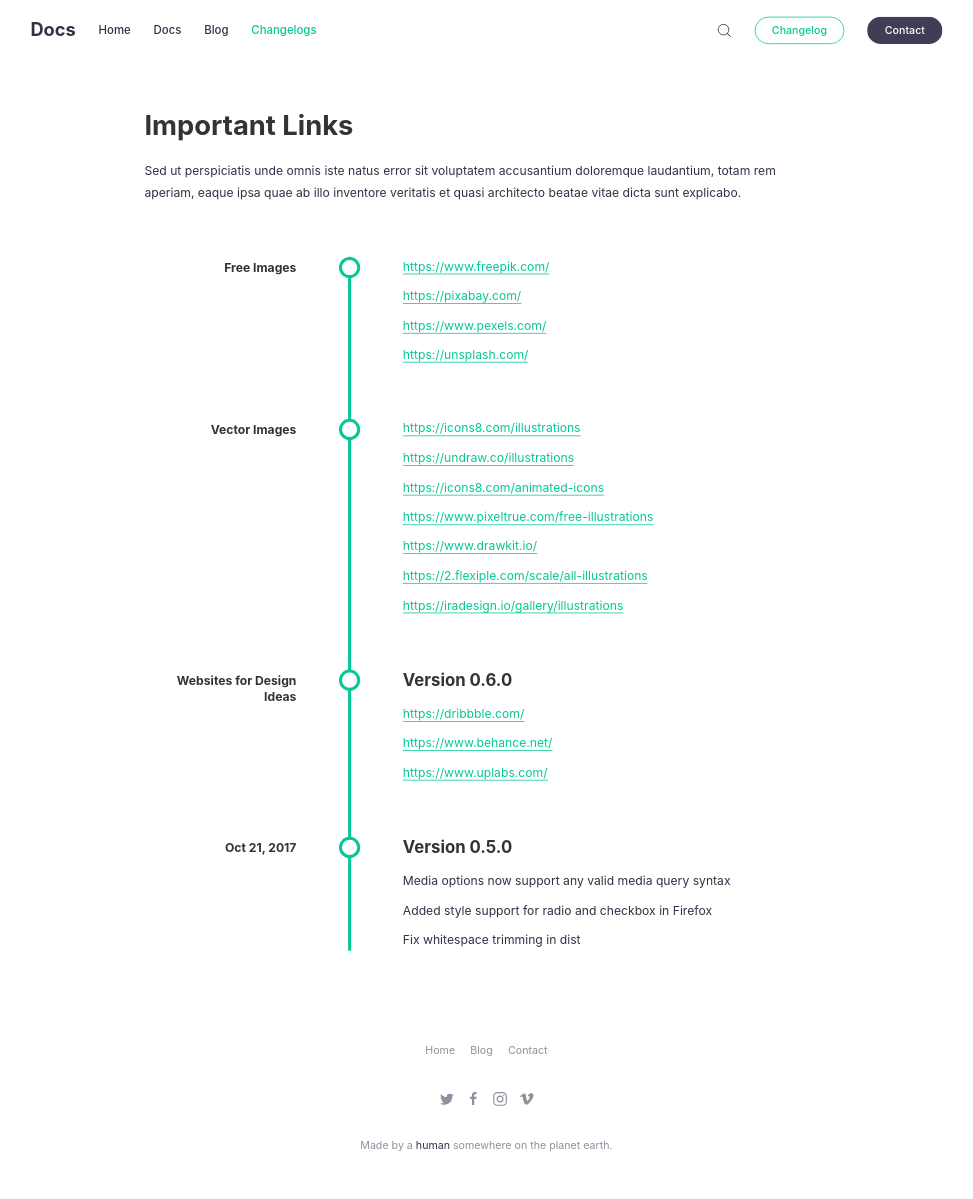
Repository: suchi9909/webdoc
Page: useful-links.html
These files come from the project's save history. The page is drawn as it stood at one moment and after the next save; the edit follows.
The browser window is 1280 px wide. The pictures show the whole page, at 76% of full size.

Above is the page before, as saved 2021-02-19 09:22:21.

After the next save:
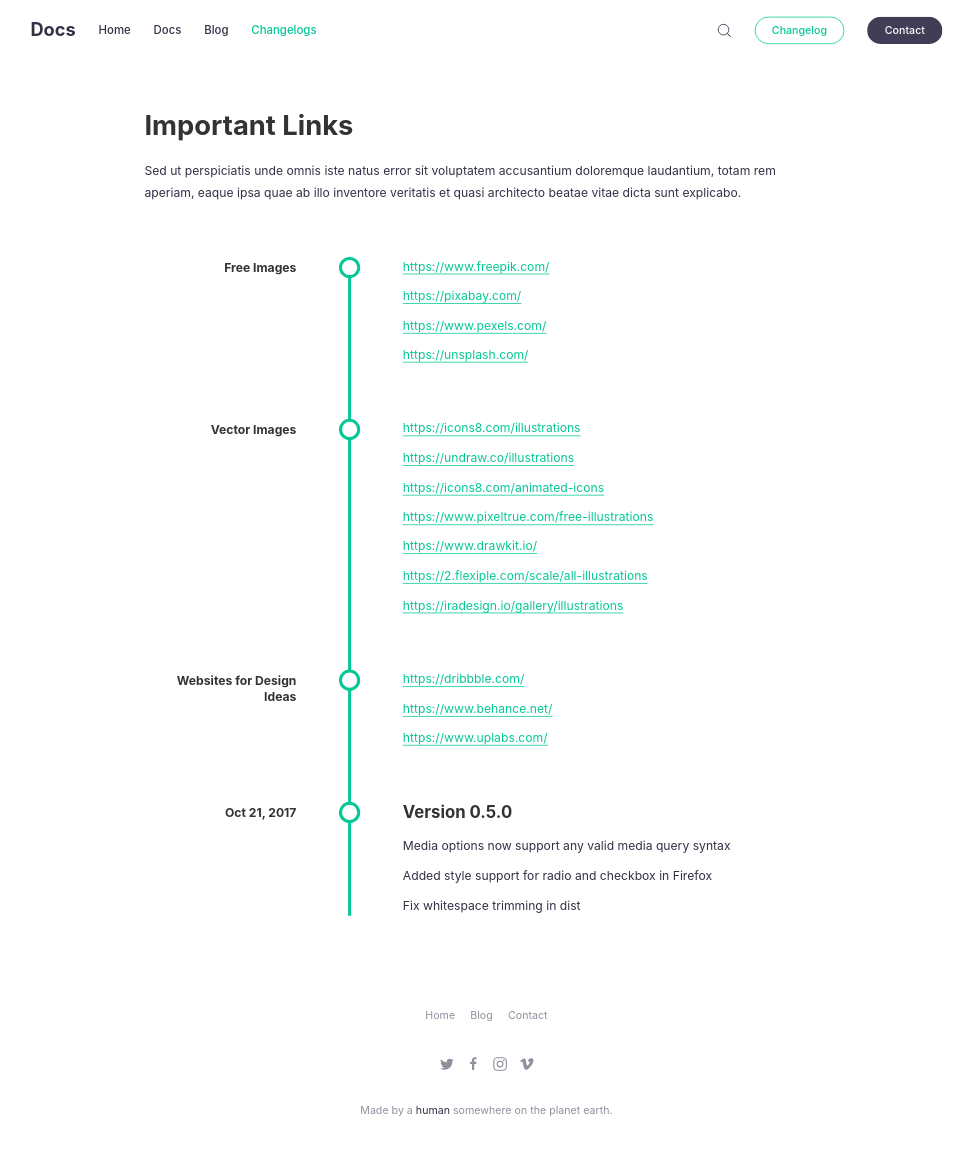
Saved 21 s later.
--- a/useful-links.html
+++ b/useful-links.html
@@ -113,7 +113,6 @@
               <h5>Websites for Design Ideas</h5>
             </div>
             <div class="tm-timeline-body">
-              <h3 class="uk-flex uk-flex-middle">Version 0.6.0</h3>
               <ul class="uk-list">
                 <li><a href="https://dribbble.com/">https://dribbble.com/</a></li>
                 <li><a href="https://www.behance.net/">https://www.behance.net/</a></li>
